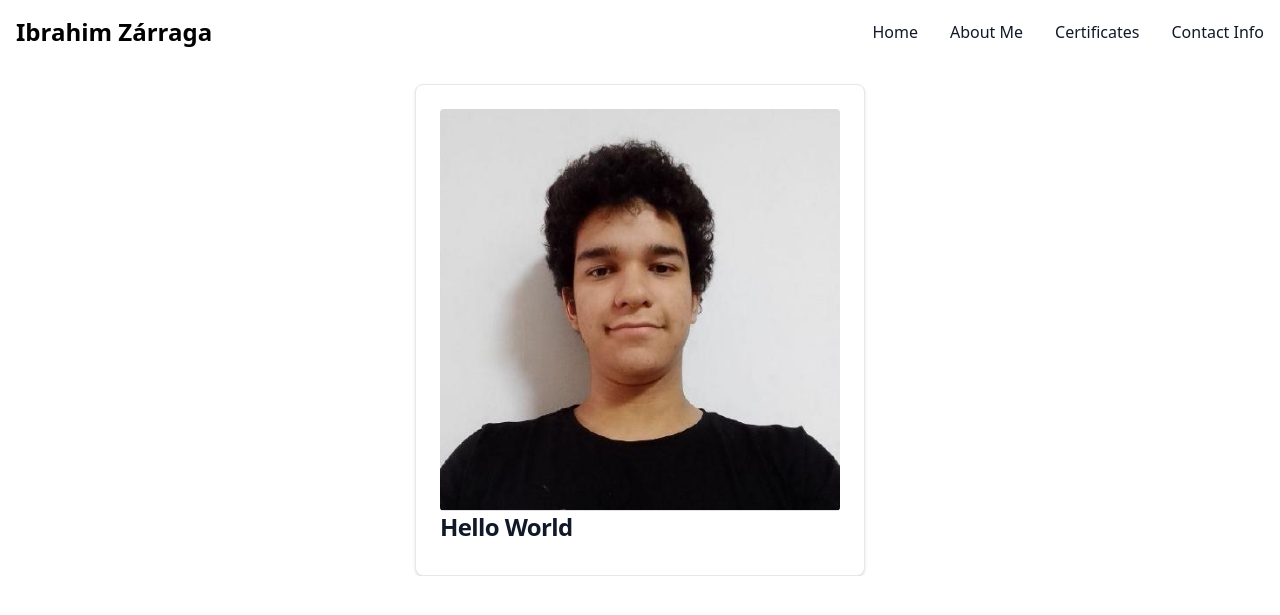
Repository: JetPi/Presentatio-Project
Page: /
An editor plug-in stored every save of this project. The page is shown before and after the next save, followed by the edit.
The browser window is 1280 px wide. The pictures show the whole page.
The project was rebuilt for these pictures with package versions that can differ from the ones it lists, and the page was loaded fresh each time. The framework's server and built-in components were replaced by stand-ins that run in the browser. Also part of the build but not shown: next.config.js.

Above is the page before, as saved 2023-03-30 16:52:48.

After the next save:
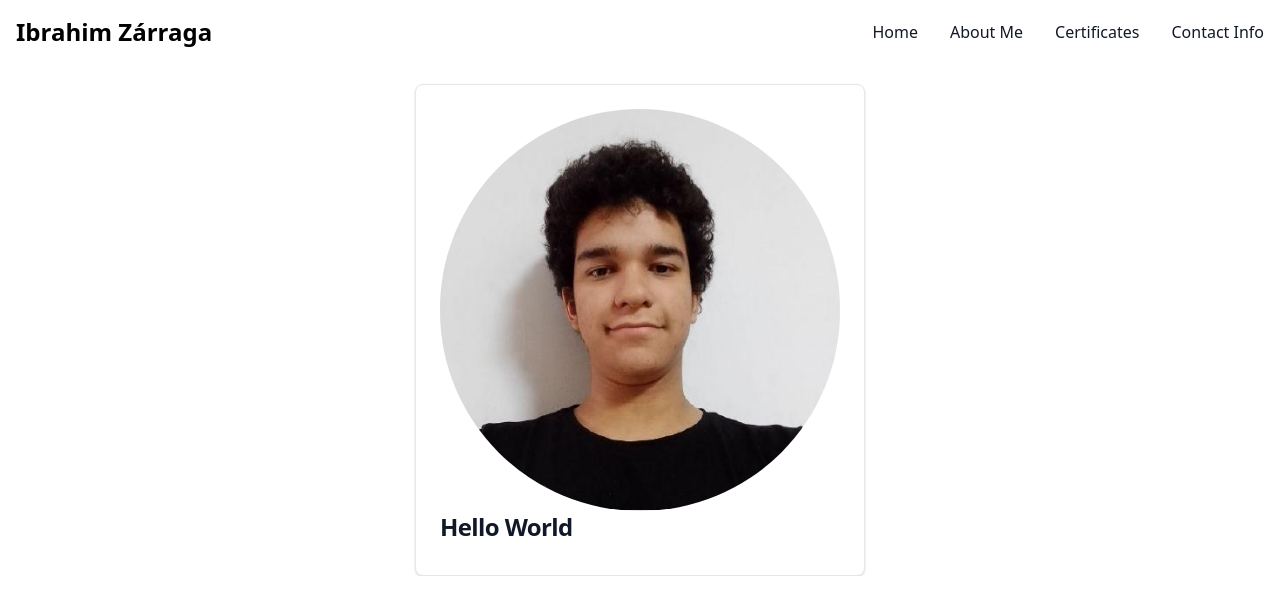
Saved 27 s later.
--- a/src/pages/index.tsx
+++ b/src/pages/index.tsx
@@ -13,7 +13,7 @@ export default function Home() {
       <div className="flex pt-5 justify-center">
         <Card href="/about/me" styling="flex flex-col justify-center">
           <Image
-            className="rounded"
+            className="rounded-full"
             src={"/Foto de Presentación.png"}
             width={400}
             height={400}
